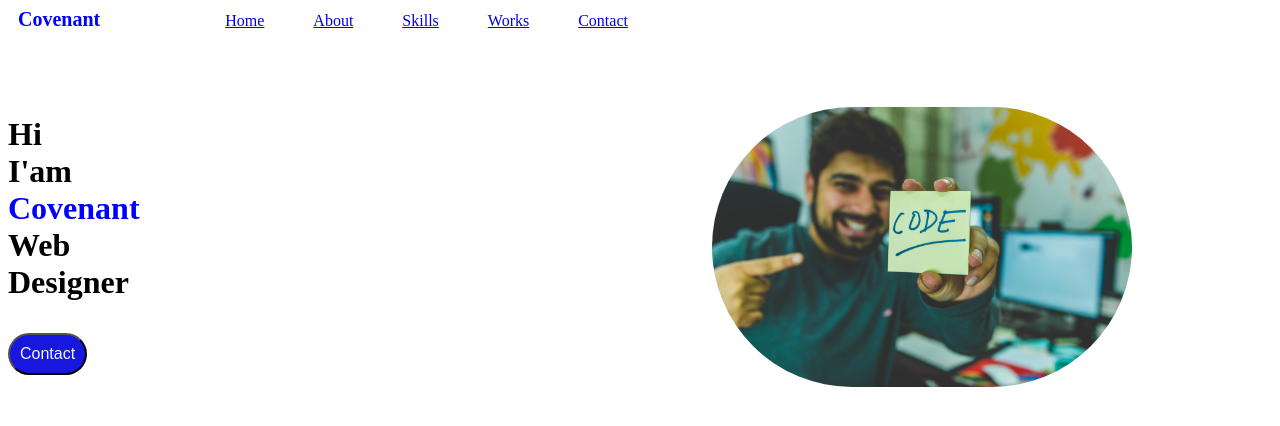
Repository: Tobby004/bdc-assignment-1
Page: index.html
The author's editor kept a copy of each file at every save. The page is drawn from the files as they stood at one save, then again after the next save.
The browser window is 1280 px wide. The pictures show the whole page.

Above is the page before, as saved 2023-02-09 10:51:25.

After the next save:
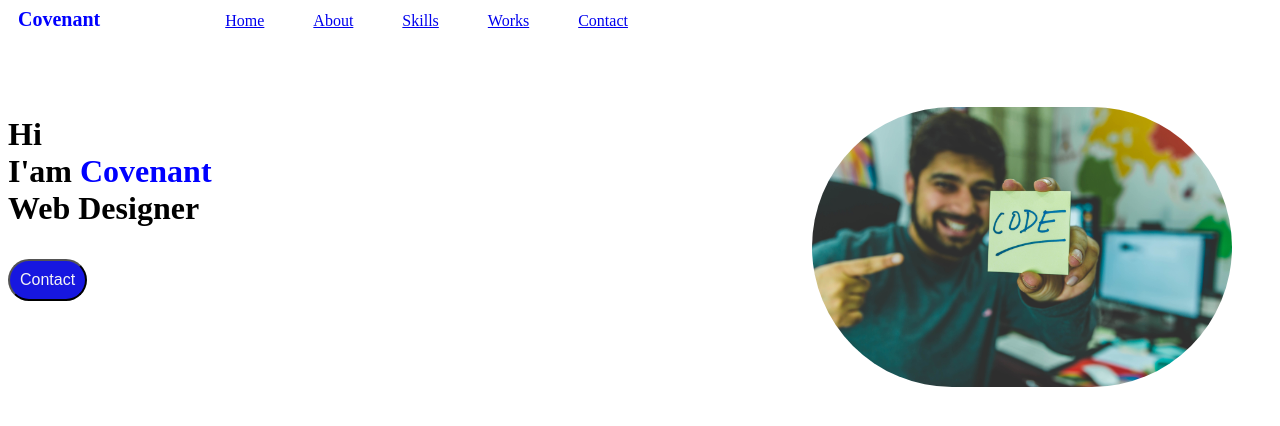
Saved 56 s later.
--- a/task.css
+++ b/task.css
@@ -26,8 +26,7 @@ img{
     padding: 40px;
     float: right;
     border-radius: 200px;
-    margin-left: 500px;
-    margin-right: 100px;
+
 
 }
 h1 b {
